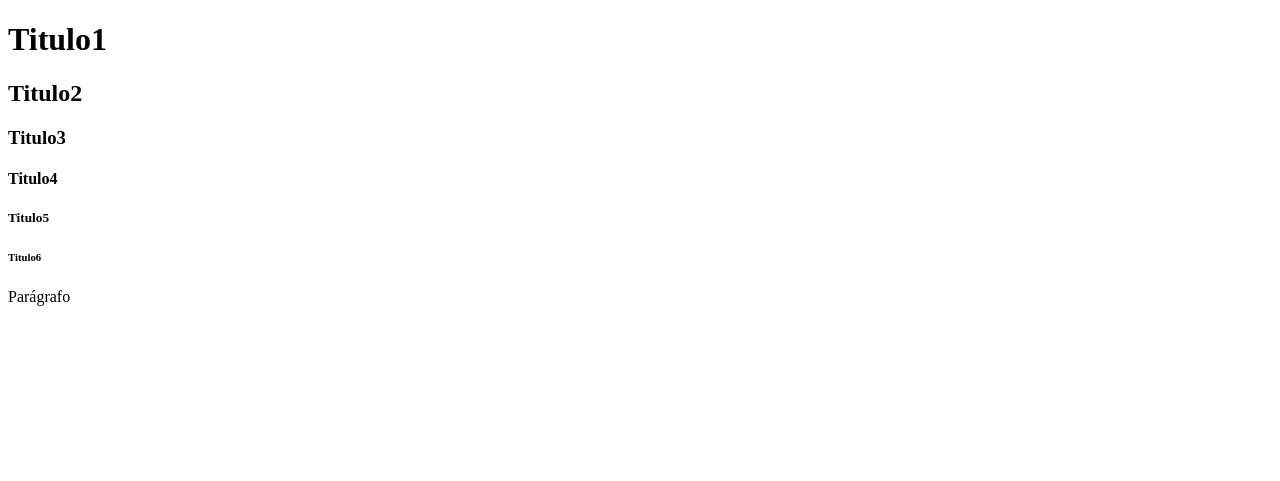
Repository: EmanuelUrbano/introducao_a_tecnologias
Page: estudos/estudo_html/index.html
These files come from the project's save history. The page is drawn as it stood at one moment and after the next save; the edit follows.
The browser window is 1280 px wide. The pictures show the whole page.

Above is the page before, as saved 2022-04-03 12:12:34.

### estudos/estudo_html/index.html
<!DOCTYPE html>
<html>
    <head>
        <meta chaset="UTF-8">
        <title>Estudos</title>
    </head>
    <body>
        <h1>Titulo1</h1>
        <h2>Titulo2</h2>
        <h3>Titulo3</h3>
        <h4>Titulo4</h4>
        <h5>Titulo5</h5>
        <h6>Titulo6</h6>
        <p>Parágrafo</p>
    </body>
</html>

After the next save:
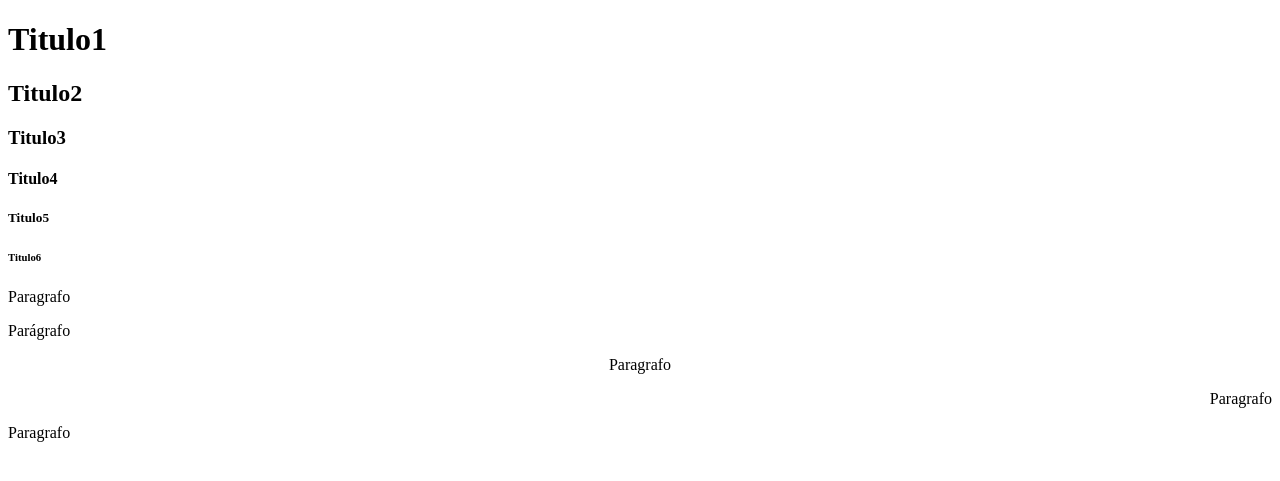
Saved 2 min 20 s later.
--- a/estudos/estudo_html/index.html
+++ b/estudos/estudo_html/index.html
@@ -11,6 +11,10 @@
         <h4>Titulo4</h4>
         <h5>Titulo5</h5>
         <h6>Titulo6</h6>
-        <p>Parágrafo</p>
+        <p>Paragrafo</p>
+        <p align="left">Parágrafo</p>
+        <p align="center">Paragrafo</p>
+        <p align="right">Paragrafo</p>
+        <p align="justify">Paragrafo</p>
     </body>
 </html>
